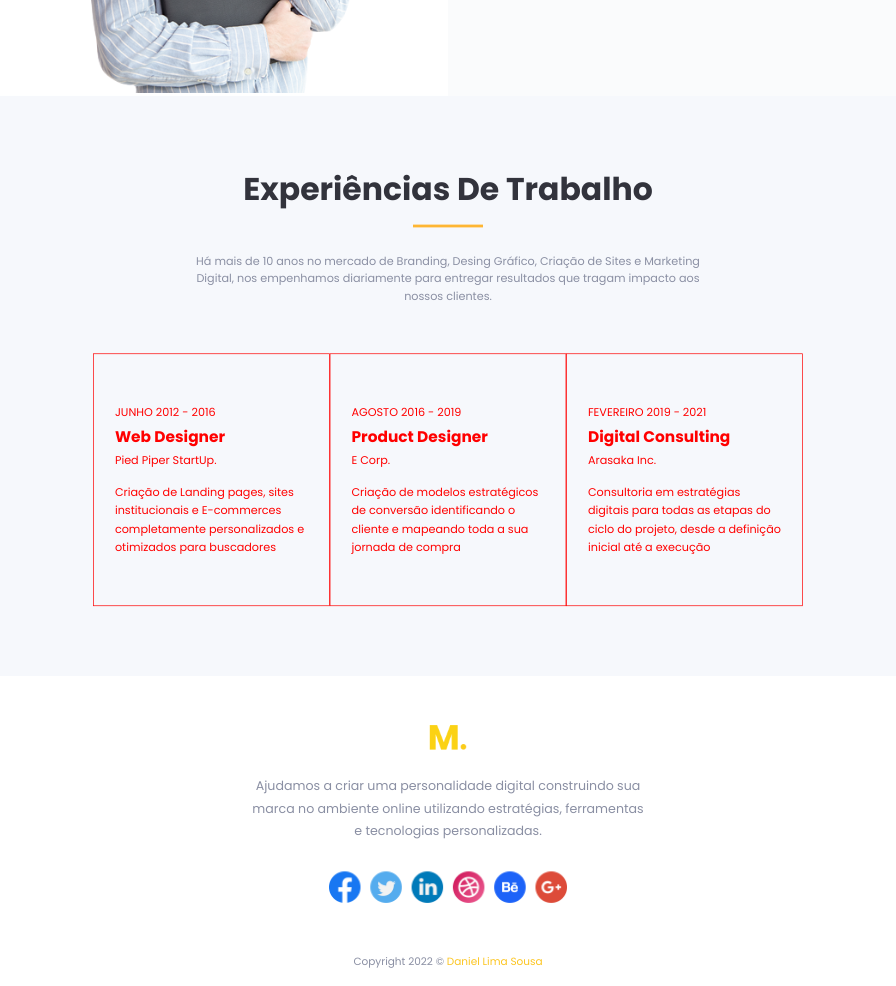
Repository: Daniells642/agencia-digital
Page: /
These files come from the project's save history. The page is drawn as it stood at one moment and after a run of saves; the edit follows.
The browser window is 1280 px wide. The pictures show the part of the page from y = 547 to 2467 px (the page is 1955 px tall before and 2677 px after), at 70% of full size.
The project was rebuilt for these pictures with package versions that can differ from the ones it lists, and the page was loaded fresh each time.

Above is the page before, as saved 2022-12-02 21:58:55.

### public/index.html
<!DOCTYPE html>
<html lang="pt-br">
  <head>
    <meta charset="utf-8" />
    <link rel="icon" href="assets/logo.png" />
    <meta name="viewport" content="width=device-width, initial-scale=1" />
    <meta name="theme-color" content="#000000" />
    <meta name="description"content="Web site created using create-react-app"/>
    <link rel="apple-touch-icon" href="%PUBLIC_URL%/logo192.png" />
    <link rel="manifest" href="%PUBLIC_URL%/manifest.json" />
    <link rel="preconnect" href="https://fonts.googleapis.com">
    <link rel="preconnect" href="https://fonts.gstatic.com" crossorigin>
    <link href="https://fonts.googleapis.com/css2?family=Poppins:wght@400;500;600;700;800;900&display=swap" rel="stylesheet">
    <title>Agência Digital</title>

  </head>
  <body>
    <noscript>You need to enable JavaScript to run this app.</noscript>
    <div id="root"></div>
    <!--
      This HTML file is a template.
      If you open it directly in the browser, you will see an empty page.

      You can add webfonts, meta tags, or analytics to this file.
      The build step will place the bundled scripts into the <body> tag.

      To begin the development, run `npm start` or `yarn start`.
      To create a production bundle, use `npm run build` or `yarn build`.
    -->
  </body>
</html>

### src/App.js
import React, { useState } from 'react';
import Topo from "./componentes/Topo";
import SecaoBanner from "./componentes/SecaoBanner";
import SecaoExperienciaTrabalho from "./componentes/SecaoExperienciaTrabalho";
import Rodape from "./componentes/Rodape";
import "./App.css";

function App() {

  const [ehTemaEscuro, setTemaEscuro] = useState(false)

  const alterarTema = () => {
    setTemaEscuro(!ehTemaEscuro)
  }

  return (
    <main>
      <Topo alterarTema={alterarTema} ehTemaEscuro={ehTemaEscuro} />
      <SecaoBanner ehTemaEscuro={ehTemaEscuro} />
      <SecaoExperienciaTrabalho ehTemaEscuro={ehTemaEscuro} />
      <Rodape ehTemaEscuro={ehTemaEscuro} />
    </main>
  );
}

export default App;

### src/componentes/Topo/index.jsx
import './style.css';
import Logo from '../../assets/logo.png';
import iconeSol from '../../assets/sun.png';
import iconeLua from '../../assets/moon.png';

export default function Topo(props) {
    return (
      <header className={props.ehTemaEscuro ? "topo-modo-escuro" : "topo-modo-claro"}>
            <img className="logo" src={Logo} alt="Logotipo"/>
            <button onClick={props.alterarTema} className={props.ehTemaEscuro ? 'botao-modo-escuro' : 'botao-modo-claro'}>
                <img className="btn-icone" src={props.ehTemaEscuro ? iconeSol : iconeLua} alt="ícone para alterar o tema"/>
            </button>
      </header>
    );
  }

### src/componentes/SecaoBanner/index.jsx
import './style.css';

export default function SecaoBanner(props) {
    return (
            <section id='secaoBanner'>

              <div id='imagemFundo' className={props.ehTemaEscuro ? 'fundo-modo-escuro' : 'fundo-modo-claro'}> </div>

              <div className="texto-secao-banner">
                  <p>BRANDING / UI / UX / TECNOLOGIA</p>
                  <h1>Agência de Branding</h1>
                  <span>e design digital</span>
              </div>

            </section>
    );
  }

### src/componentes/SecaoExperienciaTrabalho/index.jsx
import Card from '../Card';
import './style.css';

export default function SecaoExperienciaTrabalho(props) {
    return (
      <section id='secao-experiencia' className={props.ehTemaEscuro ? 'secao-modo-escuro' : 'secao-modo-claro'}>

            <div id='container-texto' className={props.ehTemaEscuro ? 'texto-modo-escuro' : 'texto-modo-claro'}>
                <h1>Experiências De Trabalho</h1>
                <p> Há mais de 10 anos no mercado de Branding, Desing Gráfico, Criação de
                Sites e Marketing Digital, nos empenhamos diariamente para entregar
                resultados que tragam impacto aos nossos clientes.
                </p>
            </div>

            <div className="container-cards limitar-secao">
              <Card
                data="JUNHO 2012 - 2016"
                titulo="Web Designer"
                empresa="Pied Piper StartUp."
                paragrafo="Criação de Landing pages, sites institucionais e E-commerces completamente personalizados e otimizados para buscadores"
              />
              <Card
                data="AGOSTO 2016 - 2019"
                titulo="Product Designer"
                empresa="E Corp."
                paragrafo="Criação de modelos estratégicos de conversão identificando o cliente e mapeando toda a sua jornada de compra"
              />
              <Card
                data="FEVEREIRO 2019 - 2021"
                titulo="Digital Consulting"
                empresa="Arasaka Inc."
                paragrafo="Consultoria em estratégias digitais para todas as etapas do ciclo do projeto, desde a definição inicial até a execução"
              />
        </div>

      </section>
    );
  }

### src/componentes/Rodape/index.jsx
import './style.css';
import Logo from '../../assets/logo.png';
import iconeFacebook from '../../assets/facebook.png';
import iconeTwitter from '../../assets/twitter.png';
import iconeLinkedin from '../../assets/linkedin.png';
import iconeDribble from '../../assets/dribble.png';
import iconeBehance from '../../assets/behance.png';
import iconeGooglePlus from '../../assets/google-plus.png';

export default function Rodape(props) {
  return(
    <footer className={props.ehTemaEscuro ? 'rodape-modo-escuro' : 'rodape-modo-claro'}>
      <img src={Logo} alt="logomarca"/>
      <p className="paragrafo">
        Ajudamos a criar uma personalidade digital construindo sua marca no ambiente online utilizando estratégias,
        ferramentas e tecnologias personalizadas.
      </p>
      <div className="iconesRodape">
        <img src={iconeFacebook} alt="facebook"/>
        <img src={iconeTwitter} alt="twitter"/>
        <img src={iconeLinkedin} alt="linkedin"/>
        <img src={iconeDribble} alt="dribble"/>
        <img src={iconeBehance} alt="behance"/>
        <img src={iconeGooglePlus} alt="google plus"/>
      </div>
      <div className={props.ehTemaEscuro ? 'borda-rodape-escuro' : ''}>
        <p className="copyright">Copyright 2022 &copy; <span>Daniel Lima Sousa</span></p>
      </div>
    </footer>
  )
}

### src/App.css
*{
  margin: 0;
  padding: 0;
  box-sizing: border-box;
  font-family: 'Poppins', sans-serif;
}

### src/componentes/Topo/style.css
header {
    width: 100%;
    padding: 20px;
    display: flex;
    align-items: center;
    justify-content: space-between;
    position: fixed;
    z-index: 1;
  }
.logo{
    max-height: 35px;
    padding: 5px;
}

button {
    display: flex;
    align-items: center;
    padding: 10px 10px;
    cursor: pointer;
  }
.btn-icone {
    width: 25px;
    height: 25px;
}

/*Modo claro*/
.topo-modo-claro {
    background-color: #fff;
}
.botao-modo-claro {
    display: flex;
    align-items: center;
    border: 2px solid #747272;
    border-radius: 25px;
    padding: 10px;
    cursor: pointer;
    background-color: #fff;
}

/*Modo escuro*/
.topo-modo-escuro {
    background-color: #252525;
    border-bottom: 1px solid #ffffff0d;
}
.botao-modo-escuro {
    background-color: #252525;
    border-radius: 25px;
    border: 2px solid #fff;
}

### src/componentes/SecaoBanner/style.css
#secaoBanner {
    height: 95vh;
    padding-top: 90px;
    display: flex;
    position: relative;
}

#imagemFundo {
    width: 50%;
    background-image: url('../../assets/banner.png');
    background-position: center;
    background-repeat: no-repeat;
    background-size: contain;
    object-fit: cover;
}

.texto-secao-banner {
    width: 50%;
    padding: 0px 20px;
    display: flex;
    flex-direction: column;
    justify-content: center;
    background-color: #fafbfc;
}

.secao-banner p {
    color: #022144;
    font-size: small;
}

.secao-banner h1 {
    color: #022144;
    font-weight: 200;
}

.secao-banner span {
    color: #022144;
    font-weight: 900;
}

@media screen and (max-width: 768px) {
    #imagemFundo {
      width: 0;
    }

    .texto-secao-banner{
      width: 100%;
    }
}

/*modo claro*/
.fundo-modo-claro{
    background-color: #fff;
}
/*modo escuro*/
.fundo-modo-escuro {
    background-color: #252525;
}

### src/componentes/Card/index.jsx
import "./style.css";

export default function Card(props) {

  return(
    <div id="card" className={props.ehTemaEscuro ? 'card-modo-claro' : 'card-modo-escuro'}>
      <p className="primeiroParagrafo">{props.data}</p>
      <h4>{props.titulo}</h4>
      <p className="segundoParagrafo">{props.empresa}</p>
      <p>{props.paragrafo}</p>
    </div>
  );
}

### src/componentes/SecaoExperienciaTrabalho/style.css
#secao-experiencia {
    display: flex;
    flex-direction: column;
    align-items: center;
    justify-content: center;
    padding: 100px 20px;
}



#container-texto {
    display: flex;
    flex-direction: column;
    text-align: center;
    align-items: center;
}

#container-texto h1 {
    position: relative;
    font-size: 45px;
    font-weight: 700;
    padding-bottom: 20px;
    margin-bottom: 35px;
}

#container-texto h1::before {
    position: absolute;
    content: "";
    bottom: 0;
    left: 0;
    right: 0;
    margin: 0 auto;
    width: 100px;
    height: 4px;
    background-color: #feb633;
}

#container-texto p {
    font-size: 16px;
    font-weight: 400;
    max-width: 770px;
    margin-bottom: 70px;
}
.container-cards {
    display: flex;
    justify-content: center;

}
.limitar-secao {
    width: 100%;
    max-width: 1024px;
    margin: 0 auto;
  }
@media screen and (max-width: 768px) {
    .container-cards {
      flex-direction: column;
    }
  }

/*modo claro*/
.secao-modo-claro {
	background-color: #f6f8fc;
}
.texto-modo-claro h1{
	color: #32333c;
}
.texto-modo-claro p {
	color: #8a8fa3;
}

/*modo escuro*/
.secao-modo-escuro {
	background-color: #393838;
}
.texto-modo-escuro h1{
    color: #fff;
}
.texto-modo-escuro p{
    color: #fff;
}

### src/componentes/Rodape/style.css
footer {
    display: flex;
    flex-direction: column;
    align-items: center;
    justify-content: center;
    padding-top: 70px;
  }
  .paragrafo {
    padding: 0px 20px;
    font-size: 18px;
    font-weight: 300;
    color: #8a8fa3;
    max-width: 600px;
    line-height: 32px;
    text-align: center;
    margin: 36px auto 42px;
  }
  .iconesRodape {
    display: flex;
    justify-content: space-around;
    width: 100%;
    max-width: 375px;
    padding: 0px 10px;
    margin-bottom: 50px;
  }
  .iconesRodape img {
    width: 45px;
    cursor: pointer;
  }
  .copyright {
    width: 100%;
    font-size: 15px;
    font-weight: 300;
    line-height: 28px;
    color: #8a8fa3;
    padding: 20px 0px;
    text-align: center;
  }

  .copyright span {
    color: #fcc520;
  }
  /*modo claro*/
  .rodape-modo-claro {
    background-color: #fff;
  }
  /*modo escuro*/
  .rodape-modo-escuro {
    background-color: #252525;
  }
  .borda-rodape-escuro {
    border-top: 1px solid #ffffff0d;
    width: 100%;
  }

### src/componentes/Card/style.css
#card {
  width: 33%;
  padding: 70px 30px;
  display: flex;
  flex-direction: column;
  cursor: pointer;
}

#card:hover{
  background-color: #feb633;
  transition: all 1s;
}

#card h4 {
  font-size: 22px;
  margin-bottom: 5px;
}

#card p {
  font-size: 16px;
  font-weight: 400;
  line-height: 26px;
}

.card-modo-claro {
  border: 1px solid #edecec;
}

.card-modo-claro h4 {
  color: #32333a;
}

.card-modo-claro p {
  color: #8a8fa3;
}

.card-modo-escuro {
  border: 1px solid red;
}

.card-modo-escuro h4{
  color: red;
}

.card-modo-escuro p {
  color: red;
}

.primeiroParagrafo {
  margin-bottom: 5px;
}

.segundoParagrafo {
  margin-bottom: 20px;
}

@media screen and (max-width: 768px) {
  #card {
    width: auto;
  }
}

Loaded but not shown: src/index.js (common file)

After the next 4 saves:
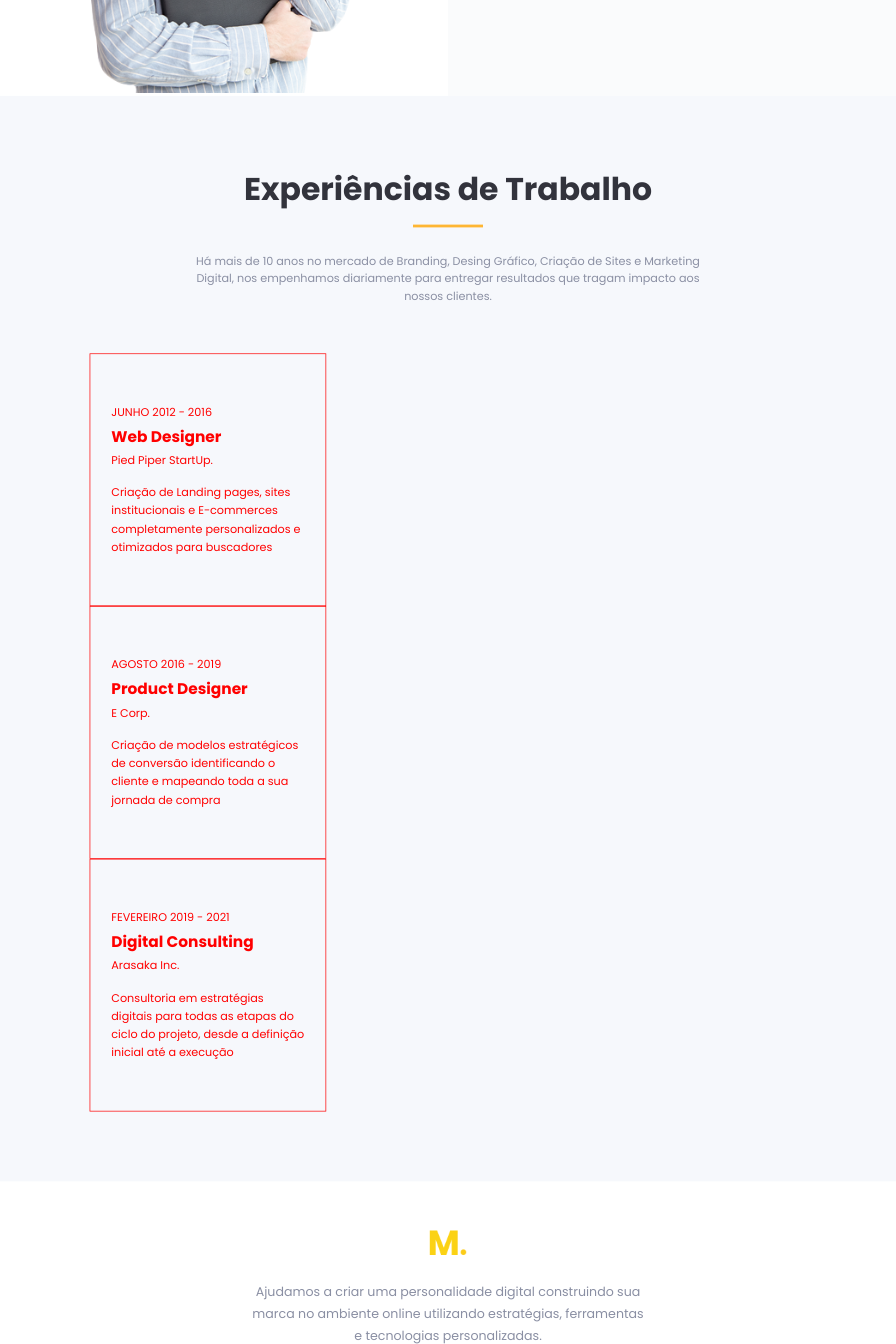
The 4 saves are shown as one change because 3 did not build or start.
The last was saved 4 min 3 s later.
--- a/src/componentes/SecaoExperienciaTrabalho/index.jsx
+++ b/src/componentes/SecaoExperienciaTrabalho/index.jsx
@@ -1,39 +1,37 @@
-import Card from '../Card';
 import './style.css';
+import Card from "../Card";
 
 export default function SecaoExperienciaTrabalho(props) {
-    return (
-      <section id='secao-experiencia' className={props.ehTemaEscuro ? 'secao-modo-escuro' : 'secao-modo-claro'}>
 
-            <div id='container-texto' className={props.ehTemaEscuro ? 'texto-modo-escuro' : 'texto-modo-claro'}>
-                <h1>Experiências De Trabalho</h1>
-                <p> Há mais de 10 anos no mercado de Branding, Desing Gráfico, Criação de
-                Sites e Marketing Digital, nos empenhamos diariamente para entregar
-                resultados que tragam impacto aos nossos clientes.
-                </p>
-            </div>
-
-            <div className="container-cards limitar-secao">
-              <Card
-                data="JUNHO 2012 - 2016"
-                titulo="Web Designer"
-                empresa="Pied Piper StartUp."
-                paragrafo="Criação de Landing pages, sites institucionais e E-commerces completamente personalizados e otimizados para buscadores"
-              />
-              <Card
-                data="AGOSTO 2016 - 2019"
-                titulo="Product Designer"
-                empresa="E Corp."
-                paragrafo="Criação de modelos estratégicos de conversão identificando o cliente e mapeando toda a sua jornada de compra"
-              />
-              <Card
-                data="FEVEREIRO 2019 - 2021"
-                titulo="Digital Consulting"
-                empresa="Arasaka Inc."
-                paragrafo="Consultoria em estratégias digitais para todas as etapas do ciclo do projeto, desde a definição inicial até a execução"
-              />
-        </div>
-
-      </section>
-    );
-  }
+  return (
+    <section id="secaoExpDeTrab" className={props.ehTemaEscuro ? "secao-modo-escuro" : "secao-modo-claro"}>
+      <div id="container-texto" className={props.ehTemaEscuro ? "container-texto-modo-escuro" : "container-texto-modo-claro"}>
+        <h2>Experiências de Trabalho</h2>
+        <p>
+          Há mais de 10 anos no mercado de Branding, Desing Gráfico, Criação de Sites e Marketing Digital,
+          nos empenhamos diariamente para entregar resultados que tragam impacto aos nossos clientes.
+        </p>
+      </div>
+      <div className="conteiner-cards limitar-secao">
+        <Card
+          data="JUNHO 2012 - 2016"
+          titulo="Web Designer"
+          empresa="Pied Piper StartUp."
+          paragrafo="Criação de Landing pages, sites institucionais e E-commerces completamente personalizados e otimizados para buscadores"
+        />
+        <Card
+          data="AGOSTO 2016 - 2019"
+          titulo="Product Designer"
+          empresa="E Corp."
+          paragrafo="Criação de modelos estratégicos de conversão identificando o cliente e mapeando toda a sua jornada de compra"
+        />
+        <Card
+          data="FEVEREIRO 2019 - 2021"
+          titulo="Digital Consulting"
+          empresa="Arasaka Inc."
+          paragrafo="Consultoria em estratégias digitais para todas as etapas do ciclo do projeto, desde a definição inicial até a execução"
+        />
+      </div>
+    </section>
+  );
+}
--- a/src/componentes/SecaoExperienciaTrabalho/style.css
+++ b/src/componentes/SecaoExperienciaTrabalho/style.css
@@ -1,29 +1,36 @@
-#secao-experiencia {
+#secaoExpDeTrab {
+    padding: 100px 20px;
     display: flex;
     flex-direction: column;
     align-items: center;
     justify-content: center;
-    padding: 100px 20px;
-}
+    background-color: #f6f8fc;
+  }
 
+  .secao-modo-claro {
+      background-color: #f6f8fc;
+  }
 
+  .secao-modo-escuro {
+    background-color: #393838;
+  }
 
-#container-texto {
+  #container-texto {
     display: flex;
     flex-direction: column;
     text-align: center;
     align-items: center;
-}
+  }
 
-#container-texto h1 {
+  #container-texto h2 {
     position: relative;
     font-size: 45px;
     font-weight: 700;
     padding-bottom: 20px;
     margin-bottom: 35px;
-}
+  }
 
-#container-texto h1::before {
+  #container-texto h2::before{
     position: absolute;
     content: "";
     bottom: 0;
@@ -33,48 +40,40 @@
     width: 100px;
     height: 4px;
     background-color: #feb633;
-}
+  }
 
-#container-texto p {
+  #container-texto p {
     font-size: 16px;
     font-weight: 400;
     max-width: 770px;
     margin-bottom: 70px;
-}
-.container-cards {
+  }
+
+  .container-texto-modo-claro h2{
+      color: #32333c;
+  }
+
+  .container-texto-modo-claro p {
+      color: #8a8fa3;
+  }
+
+  .container-texto-modo-escuro {
+    color: #CCCCCC;
+  }
+
+  .container-cards {
     display: flex;
     justify-content: center;
+  }
 
-}
-.limitar-secao {
+  .limitar-secao {
     width: 100%;
     max-width: 1024px;
     margin: 0 auto;
   }
-@media screen and (max-width: 768px) {
+
+  @media screen and (max-width: 768px) {
     .container-cards {
       flex-direction: column;
     }
   }
-
-/*modo claro*/
-.secao-modo-claro {
-	background-color: #f6f8fc;
-}
-.texto-modo-claro h1{
-	color: #32333c;
-}
-.texto-modo-claro p {
-	color: #8a8fa3;
-}
-
-/*modo escuro*/
-.secao-modo-escuro {
-	background-color: #393838;
-}
-.texto-modo-escuro h1{
-    color: #fff;
-}
-.texto-modo-escuro p{
-    color: #fff;
-}
